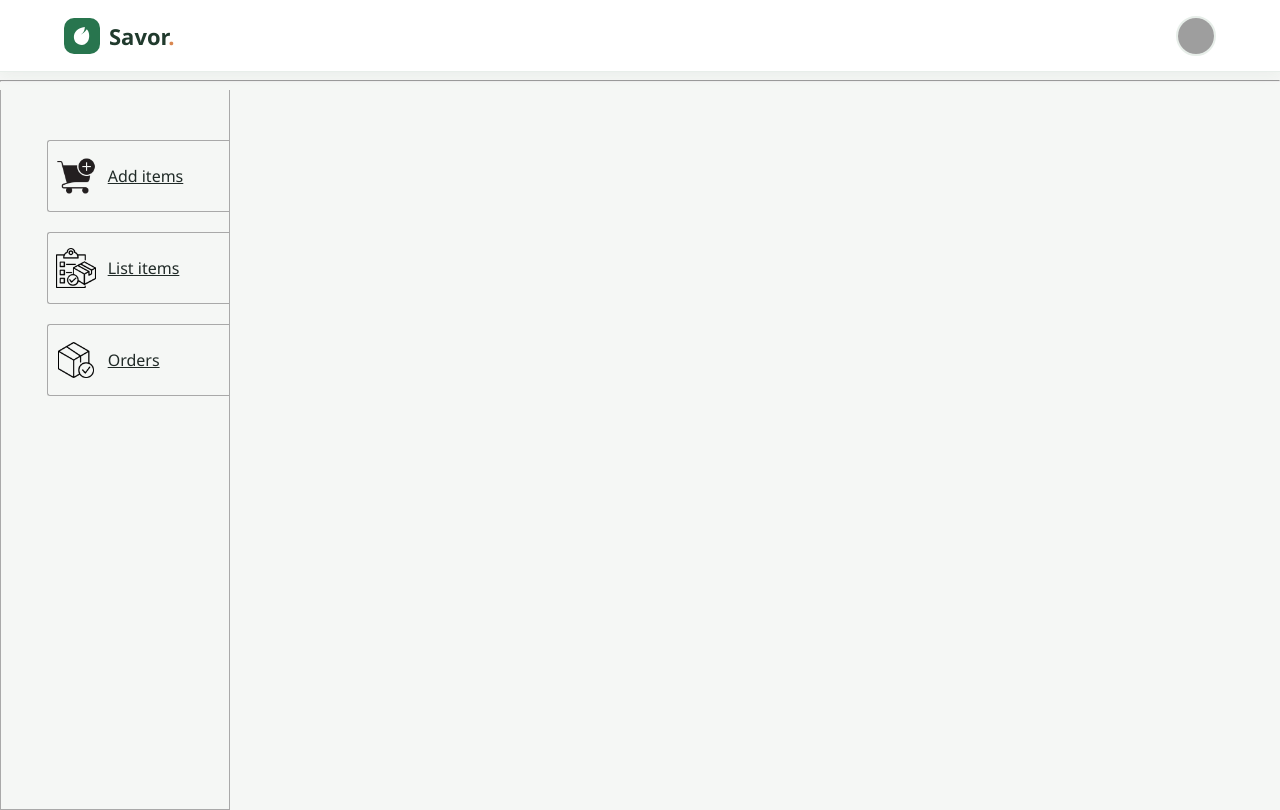
Repository: prince44991/Ecommerce-Project-Full-Stack
Page: /Listitem (app in admin/my-react-app/)
An editor plug-in stored every save of this project. The page is shown before and after the next save, followed by the edit.
The browser window is 1280 px wide. The pictures show the whole page.
Pictures or frames that could not be fetched are drawn as grey boxes. The page's requests for data from a server got no answer. The project was rebuilt for these pictures with package versions that can differ from the ones it lists, and the page was loaded fresh each time. No one was signed in, and anything a server would have sent is missing. Also part of the build but not shown: admin/my-react-app/vite.config.js, admin/my-react-app/src/pages/Add/Add.jsx, admin/my-react-app/src/pages/Order/Order.jsx, admin/my-react-app/src/pages/List/List.css.

Above is the page before, as saved 2026-09-30 11:07:28.

### admin/my-react-app/index.html
<!doctype html>
<html lang="en">
  <head>
    <meta charset="UTF-8" />
    <link rel="icon" type="image/svg+xml" href="/favicon.svg" />
    <meta name="viewport" content="width=device-width, initial-scale=1.0" />
    <title>my-react-app</title>
  </head>
  <body>
    <div id="root"></div>
    <script type="module" src="/src/main.jsx"></script>
  </body>
</html>

### admin/my-react-app/src/index.css
:root {
  font-family: 'DM Sans', 'Segoe UI', sans-serif;
  font-synthesis: none;
  text-rendering: optimizeLegibility;
  -webkit-font-smoothing: antialiased;
  -moz-osx-font-smoothing: grayscale;
  font-optical-sizing: auto;
  font-weight: 400;
  color: #202a27;
  background: #f5f7f5;
}

* {
  box-sizing: border-box;
}

body {
  min-width: 320px;
  min-height: 100vh;
  margin: 0;
}

button,
input {
  font: inherit;
}

a {
  color: inherit;
}

### admin/my-react-app/src/App.jsx
import Navbar from './components/Navbar/Navbar.jsx'
import Sliderbar from './components/Sliderbar/Sliderbar.jsx'
import { BrowserRouter, Route, Routes } from "react-router-dom"
import Add from './pages/Add/Add.jsx'
import Order from './pages/Order/Order.jsx'
import List from './pages/List/List.jsx'
import { ToastContainer, toast } from 'react-toastify';
function App() {
  return (
    <>
    <BrowserRouter>
    <ToastContainer/>
    <Navbar />
    <hr/>
    <Sliderbar/>
    <Routes>
      <Route path='/Additem' element={<Add/>} />
      <Route path='/Listitem' element={<List/>} />
      <Route path='/Orders' element={<Order/>} />
    </Routes>
    </BrowserRouter>
    </>
  )
}

export default App

### admin/my-react-app/src/components/Navbar/Navbar.jsx
import React from 'react'
import './Navbar.css'

const Navbar = () => {
  return (
    <header className="navbar">
      <a className="navbar__brand" href="#dashboard" aria-label="Savor admin dashboard">
        <span className="navbar__logo" aria-hidden="true">
          <svg viewBox="0 0 32 32" fill="none">
            <path d="M16 27c-6.2 0-10-4.2-10-9.7C6 11.6 10.5 6 19.5 5c-.2 5.6-2.7 8.3-6.8 10.2 3.4-1.1 7-3.7 9.2-7.4C27.7 14 24.8 27 16 27Z" fill="currentColor" />
            <path d="M9 23c3.2-4.2 6.1-6.3 10.8-8.4" stroke="white" strokeWidth="1.8" strokeLinecap="round" />
          </svg>
        </span>
        <span className="navbar__name">Savor<span>.</span></span>
      </a>

      <img
        className="navbar__avatar"
        src="https://images.unsplash.com/photo-1534528741775-53994a69daeb?auto=format&fit=crop&w=128&h=128&q=80"
        alt="Admin profile"
      />
    </header>
  )
}

export default Navbar

### admin/my-react-app/src/components/Sliderbar/Sliderbar.jsx
import React from 'react'
import './Sliderbar.css'
import item from '../../assets/add-to-cart.png';
import list from '../../assets/list-items.png';
import order from '../../assets/package.png';
import { NavLink } from 'react-router-dom';
const Sliderbar = () => {
  return (
    <div>
    <div className="sidebar">
        <div className="sidbar-options">
            <div className="sidbar-option">
                <img src={item} alt="" />
                <NavLink to="/Additem"><p className='par'>Add items</p></NavLink>
            </div>
            <div className="sidbar-option">
                <img src={list} alt="" />
                <NavLink to="/Listitem"><p className='par'>List items</p></NavLink>
            </div>
            <div className="sidbar-option">
                <img src={order} alt="" />
                <NavLink to="/Orders"><p className='par'>Orders</p></NavLink>
            </div>
        </div>
    </div>
    </div>
  )
}

export default Sliderbar

### admin/my-react-app/src/pages/List/List.jsx
import axios from 'axios';
import { useEffect, useState } from 'react';
import './List.css';

const List = () => {
  const [display, setDisplay] = useState([]);


  const datafetch = async () => {
    try {
      const url = 'http://localhost:8001';
      const response = await axios.get(`${url}/view/product`);
      setDisplay(response.data.data);
    } catch (error) {
      console.error('Error fetching products:', error);
      setDisplay([]);
    }
  };

  useEffect(() => {
    datafetch();
  }, []);

  return (
    <div>
      {display.map((r,index) => {
        return(
          <div key={index}>
          <div className="list add flex-col">
            <p>All food list</p>
            <div className="list-table">
              <b>Image</b>
              <b>Name</b>
              <b>Category</b>
              <b>Price</b>
              <b>Action</b>
            </div>

          </div>
            <img src={`http://localhost:8001/uploads/${r.image}`} />
             <h4>{r.productname}</h4>
             <h4>{r.description}</h4>
             <h4>{r.catagory}</h4>
             <h4>{r.price}</h4>
            </div>
        )
      })}
    </div>
  );
};

export default List;

### admin/my-react-app/src/components/Navbar/Navbar.css
.navbar {
	display: flex;
	width: 100%;
	min-height: 72px;
	align-items: center;
	justify-content: space-between;
	gap: 24px;
	padding: 0 clamp(18px, 5vw, 64px);
	border-bottom: 1px solid #e8eeea;
	background: #fff;
	box-shadow: 0 3px 14px rgb(30 59 43 / 5%);
}

.navbar__brand {
	display: inline-flex;
	flex: 0 0 auto;
	align-items: center;
	gap: 9px;
	color: #203a2d;
	text-decoration: none;
}

.navbar__logo {
	display: grid;
	width: 36px;
	height: 36px;
	place-items: center;
	border-radius: 10px;
	color: #fff;
	background: #28754e;
}

.navbar__logo svg {
	width: 26px;
	height: 26px;
}

.navbar__name {
	font-size: 22px;
	font-weight: 700;
}

.navbar__name span {
	color: #d98750;
}

.navbar__avatar {
	width: 40px;
	height: 40px;
	flex: 0 0 auto;
	border: 2px solid #e7eee9;
	border-radius: 50%;
	object-fit: cover;
	object-position: center 38%;
}

.navbar__brand:focus-visible {
	outline: 2px solid #28754e;
	outline-offset: 4px;
}

@media (max-width: 560px) {
	.navbar {
		min-height: 64px;
		gap: 18px;
		padding: 0 18px;
	}
}

### admin/my-react-app/src/components/Sliderbar/Sliderbar.css
img{
    width: 40px;
}

.sidebar{
    width: 18%;
     min-height: 100vh;
    border: 1.5px solid #a9a9a9;
    border-top: 0;
}
.sidbar-options{
    padding-top: 50px;
    padding-left: 20%;
    display: flex;
    flex-direction: column;
    gap: 20px;
}
.sidbar-option{
    display: flex;
     align-items: center;
    gap: 12px;
    border: 1px solid #a9a9a9;
    border-right: 0;
    padding: 8px;
    border-radius: 3px 0px 0px 3px;
    cursor: pointer;
     /* text-decoration: none; */
}
.par{
    text-decoration: none;
}

### admin/my-react-app/src/pages/Add/Add.css
.add {
  display: flex;
  justify-content: center;
  align-items: flex-start;
  padding: 40px 20px;
  background: linear-gradient(135deg, #f8f8f8 0%, #f2f4f8 100%);
  min-height: calc(100vh - 80px);
  margin-top:-47vw;
  margin-left: 18vw;
}

.add form {
  width: min(860px, 100%);
  background: #ffffff;
  border: 1px solid #e9ebf0;
  border-radius: 22px;
  padding: 32px;
  box-shadow: 0 18px 40px rgba(17, 24, 39, 0.08);
}

.flex-col {
  display: flex;
  flex-direction: column;
  gap: 10px;
}

.add-img-upload {
  margin-bottom: 24px;
}

.add-img-upload h4 {
  margin: 0;
  font-size: 1.05rem;
  font-weight: 700;
  color: #1f2937;
}

.add-img-upload label {
  width: 180px;
  height: 180px;
  border: 2px dashed #d1d5db;
  border-radius: 18px;
  background: #f9fafb;
  display: flex;
  justify-content: center;
  align-items: center;
  cursor: pointer;
  transition: all 0.25s ease;
}

.add-img-upload label:hover {
  border-color: #ff7a59;
  background: #fff4f1;
}

.add-img-upload img {
  width: 54px;
  height: 54px;
  object-fit: contain;
  opacity: 0.8;
}

.add-product-name,
.add-product-description,
.add-catagory,
.add-price {
  margin-bottom: 18px;
}

.add-product-name p,
.add-product-description p,
.add-catagory p,
.add-price p {
  margin: 0;
  font-size: 0.92rem;
  font-weight: 600;
  text-transform: capitalize;
  color: #374151;
}

.add input,
.add textarea,
.add select {
  width: 100%;
  border: 1px solid #dfe3ea;
  border-radius: 12px;
  padding: 12px 14px;
  background: #ffffff;
  color: #111827;
  font-size: 0.95rem;
  transition: border 0.2s ease, box-shadow 0.2s ease;
}

.add input:focus,
.add textarea:focus,
.add select:focus {
  outline: none;
  border-color: #ff855a;
  box-shadow: 0 0 0 4px rgba(255, 133, 90, 0.12);
}

.add textarea {
  min-height: 140px;
  resize: vertical;
}

.add-catagory-price {
  display: grid;
  grid-template-columns: repeat(2, minmax(220px, 1fr));
  gap: 20px;
  margin-bottom: 22px;
}

.add button {
  border: none;
  border-radius: 12px;
  background: linear-gradient(135deg, #ff7a59 0%, #f05442 100%);
  color: #fff;
  font-size: 1rem;
  font-weight: 700;
  padding: 14px 24px;
  cursor: pointer;
  transition: transform 0.2s ease, box-shadow 0.2s ease;
  box-shadow: 0 12px 22px rgba(240, 84, 66, 0.25);
}

.add button:hover {
  transform: translateY(-1px);
  box-shadow: 0 16px 28px rgba(240, 84, 66, 0.28);
}

@media (max-width: 640px) {
  .add {
    padding: 20px 14px;
  }

  .add form {
    padding: 20px 16px;
    border-radius: 16px;
  }

  .add-catagory-price {
    grid-template-columns: 1fr;
    gap: 14px;
  }

  .add-img-upload label {
    width: 100%;
    max-width: 210px;
    height: 150px;
  }
}

Loaded but not shown: admin/my-react-app/src/main.jsx (common file)

After the next save:
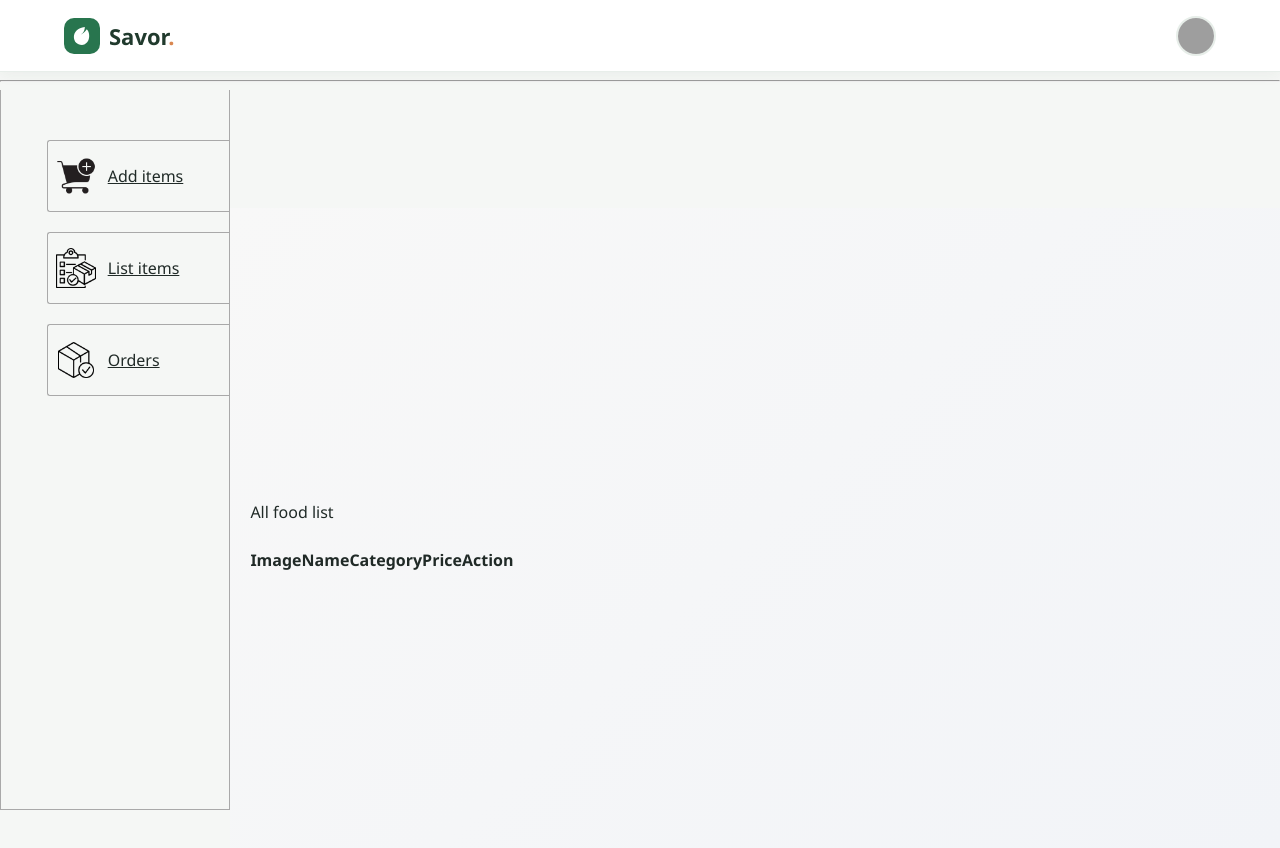
Saved 6 min 54 s later.
--- a/admin/my-react-app/src/pages/List/List.jsx
+++ b/admin/my-react-app/src/pages/List/List.jsx
@@ -22,30 +22,31 @@ const List = () => {
   }, []);
 
   return (
-    <div>
-      {display.map((r,index) => {
-        return(
-          <div key={index}>
+
+          // <div key={index}>
           <div className="list add flex-col">
             <p>All food list</p>
             <div className="list-table">
+              <div className="list-table-format title">
               <b>Image</b>
               <b>Name</b>
               <b>Category</b>
               <b>Price</b>
               <b>Action</b>
             </div>
+           {display.map((r,index) => {
+            return(
+              <div key={index} className='list-table-format'>
+                <img src={`http://localhost:8001/uploads/${r.image}`} />
 
+                </div>
+            )
+           })}
+            </div>
           </div>
-            <img src={`http://localhost:8001/uploads/${r.image}`} />
-             <h4>{r.productname}</h4>
-             <h4>{r.description}</h4>
-             <h4>{r.catagory}</h4>
-             <h4>{r.price}</h4>
-            </div>
-        )
-      })}
-    </div>
+
+
+
   );
 };
 
